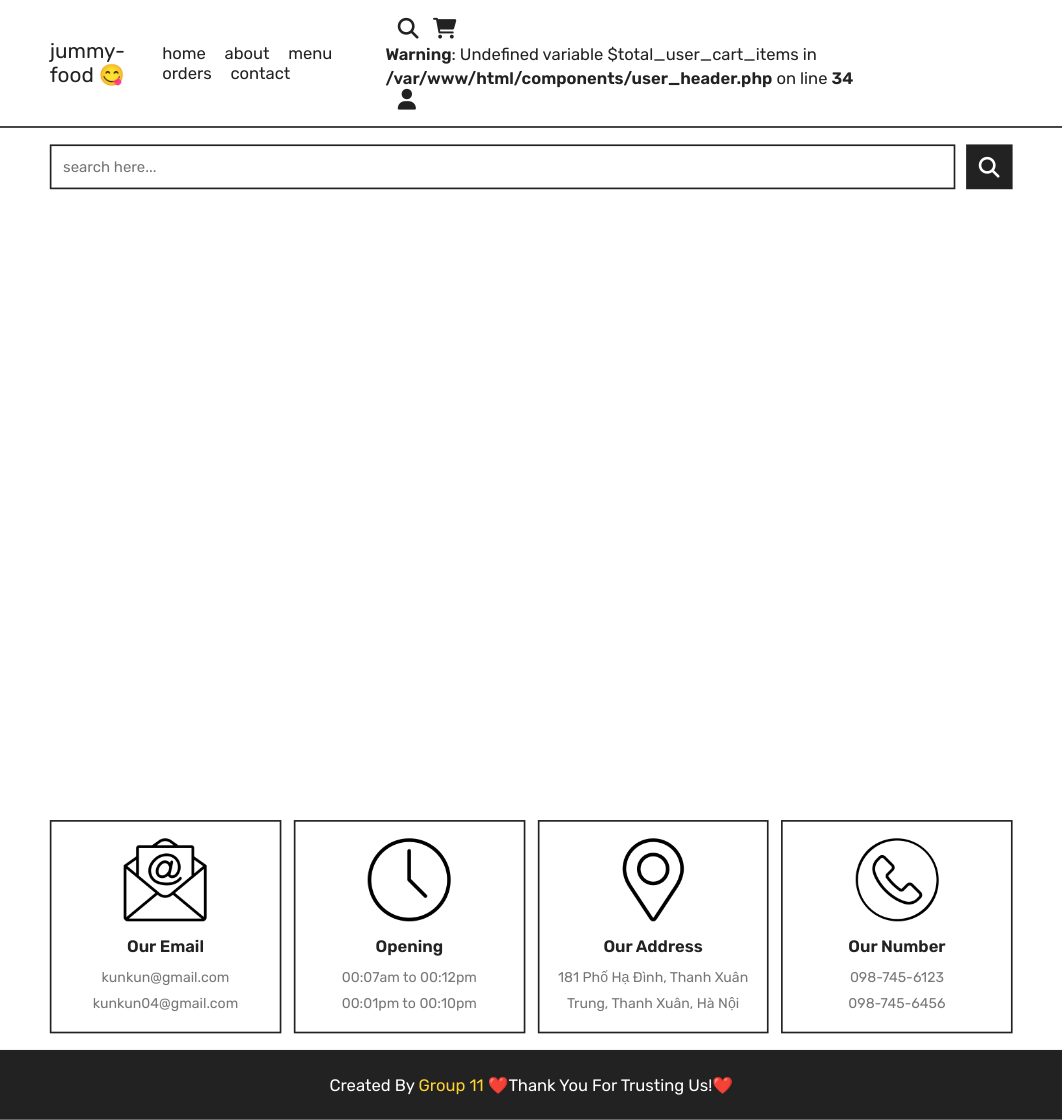
Repository: VuongLinhDinh/jummy_food
Page: http://localhost/search.php
The author's editor kept a copy of each file at every save. The page is drawn from the files as they stood at one save, then again after the next save.
The browser window is 1280 px wide. The pictures show the whole page, at 83% of full size.
Some web libraries are served in a nearby version. The page is run by PHP 8.4 with error messages shown; the project is at /var/www/html/. The database holds what the project's SQL file puts in it.

Above is the page before, as saved 2023-11-21 16:34:29.

### search.php
<?php

include 'components/connect.php';

session_start();

if(isset($_SESSION['user_id'])){
   $user_id = $_SESSION['user_id'];
}else{
   $user_id = '';
};

include 'components/add_cart.php';

?>

<!DOCTYPE html>
<html lang="en">
<head>
   <meta charset="UTF-8">
   <meta http-equiv="X-UA-Compatible" content="IE=edge">
   <meta name="viewport" content="width=device-width, initial-scale=1.0">
   <title>search page</title>

   <!-- font awesome cdn link  -->
   <link rel="stylesheet" href="https://cdnjs.cloudflare.com/ajax/libs/font-awesome/6.1.1/css/all.min.css">

   <!-- custom css file link  -->
   <link rel="stylesheet" href="css/style.css">

</head>
<body>

<!-- header section starts  -->
<?php include 'components/user_header.php'; ?>
<!-- header section ends -->

<!-- search form section starts  -->

<section class="search-form">
   <form method="post" action="">
      <input type="text" name="search_box" placeholder="search here..." class="box">
      <button type="submit" name="search_btn" class="fas fa-search"></button>
   </form>
</section>

<!-- search form section ends -->


<section class="products" style="min-height: 100vh; padding-top:0;">

<div class="box-container">

      <?php
         if(isset($_POST['search_box']) OR isset($_POST['search_btn'])){
         $search_box = $_POST['search_box'];
         $select_products = $conn->prepare("SELECT * FROM `products` WHERE name LIKE '%{$search_box}%'");
         $select_products->execute();
         if($select_products->rowCount() > 0){
            while($fetch_products = $select_products->fetch(PDO::FETCH_ASSOC)){
      ?>
      <form action="" method="post" class="box">
         <input type="hidden" name="pid" value="<?= $fetch_products['id']; ?>">
         <input type="hidden" name="name" value="<?= $fetch_products['name']; ?>">
         <input type="hidden" name="price" value="<?= $fetch_products['price']; ?>">
         <input type="hidden" name="image" value="<?= $fetch_products['image']; ?>">
         <a href="quick_view.php?pid=<?= $fetch_products['id']; ?>" class="fas fa-eye"></a>
         <button type="submit" class="fas fa-shopping-cart" name="add_to_cart"></button>
         <img src="uploaded_img/<?= $fetch_products['image']; ?>" alt="">
         <a href="category.php?category=<?= $fetch_products['category']; ?>" class="cat"><?= $fetch_products['category']; ?></a>
         <div class="name"><?= $fetch_products['name']; ?></div>
         <div class="flex">
            <div class="price"><span>$</span><?= $fetch_products['price']; ?></div>
            <input type="number" name="qty" class="qty" min="1" max="99" value="1" maxlength="2">
         </div>
      </form>
      <?php
            }
         }else{
            echo '<p class="empty">no products added yet!</p>';
         }
      }
      ?>

   </div>

</section>











<!-- footer section starts  -->
<?php include 'components/footer.php'; ?>
<!-- footer section ends -->







<!-- custom js file link  -->
<script src="js/script.js"></script>

</body>
</html>

### components/connect.php
<?php

$db_name = 'mysql:host=localhost;dbname=jummy_food';
$user_name = 'root';
$user_password = '';

$conn = new PDO($db_name, $user_name, $user_password);

?>

### components/add_cart.php
<?php

if(isset($_POST['add_to_cart'])){

   if($user_id == ''){
      header('location:login.php');
   }else{

      $pid = $_POST['pid'];
      $pid = filter_var($pid, FILTER_SANITIZE_STRING);
      $name = $_POST['name'];
      $name = filter_var($name, FILTER_SANITIZE_STRING);
      $price = $_POST['price'];
      $price = filter_var($price, FILTER_SANITIZE_STRING);
      $image = $_POST['image'];
      $image = filter_var($image, FILTER_SANITIZE_STRING);
      $qty = $_POST['qty'];
      $qty = filter_var($qty, FILTER_SANITIZE_STRING);

      $check_cart_numbers = $conn->prepare("SELECT * FROM `cart` WHERE name = ? AND user_id = ?");
      $check_cart_numbers->execute([$name, $user_id]);

      if($check_cart_numbers->rowCount() > 0){
         $message[] = 'already added to cart!';
      }else{
         $insert_cart = $conn->prepare("INSERT INTO `cart`(user_id, pid, name, price, quantity, image) VALUES(?,?,?,?,?,?)");
         $insert_cart->execute([$user_id, $pid, $name, $price, $qty, $image]);
         $message[] = 'added to cart!';

      }

   }

}

?>

### components/user_header.php
<?php
if(isset($message)) {
    foreach($message as $message) {
        echo '
        <div class="message">
            <span>'.$message.'</span>
            <i class="fas fa-times" onclick="this.parentElement.remove();"></i>
        </div>
        ';
    }
}
?>

 <!-- header section starts  -->
 <header class="header">
        <section class="flex">
            <a href="home.html" class="logo">jummy-food 😋</a>
            <nav class="navbar">
                <nav class="navbar">
                    <a href="home.html">home</a>
                    <a href="about.html">about</a>
                    <a href="menu.html">menu</a>
                    <a href="orders.html">orders</a>
                    <a href="contact.html">contact</a>
                </nav>
            </nav>
            <div class="icons">
                <?php
                     $count_cart_items = $conn->prepare("SELECT * FROM `cart` WHERE user_id = ?");
                     $count_cart_items->execute([$user_id]);
                     $total_cart_items = $count_cart_items->rowCount();
                ?>
                <a href="search.html"><i class="fas fa-search"></i></a>
                <a href="cart.html"><i class="fas fa-shopping-cart"></i><span><?= $total_user_cart_items;?></span></a>
                <div id="user-btn" class="fas fa-user"></div>
                <div id="menu-btn" class="fas fa-bars"></div>
            </div>
            <div class="profile">
                <?php
                $select_profile = $conn->prepare("SELECT * FROM `users` WHERE id = ?");
                $select_profile->execute([$user_id]);
                if($select_profile->rowCount() > 0) {
                    $fetch_profile = $select_profile->fetch(PDO::FETCH_ASSOC)
                ?>
                <p class="name"><?= $fetch_profile['name']; ?></p>
                <div class="flex">
                    <a href="profile.html" class="btn">profile</a>
                    <a href="components/user_logout.php" onclick="return confirm('logout from this website?');" class="delete-btn">logout</a>
                </div>
                <p class="account">
                    <a href="login.php">login</a> or
                    <a href="register.php">register</a>
                </p>
                <?php
                    }else {
                ?>
                <p class="name">please login first!</p>
                <a href="login.php" class="btn">login</a>
                <?php
                }
                ?>
            </div>
        </section>
    </header>
    <!-- header section end  -->

### components/footer.php
  <!-- footer section starts  -->
  <footer class="footer">
        <section class="grid">
            <div class="box">
                <img src="images/email-icon.png" alt="">
                <h3>our email</h3>
                <a href="mailto:kunkun@gmail.com">kunkun@gmail.com</a>
                <a href="mailto:kun04@gmail.com">kunkun04@gmail.com</a>
            </div>

            <div class="box">
                <img src="images/clock-icon.png" alt="">
                <h3>opening</h3>
                <p>
                    00:07am to 00:12pm
                    00:01pm to 00:10pm
                </p>
            </div>

            <div class="box">
                <img src="images/map-icon.png" alt="">
                <h3>our address</h3>
                <a href="https://www.google.com/maps/place/181+P.+H%E1%BA%A1+%C4%90%C3%ACnh,+H%E1%BA%A1+%C4%90%C3%ACnh,+Thanh+Xu%C3%A2n,+H%C3%A0+N%E1%BB%99i,+Vi%E1%BB%87t+Nam/@20.9891313,105.8056888,17z/data=!3m1!4b1!4m5!3m4!1s0x3135ac952468595f:0xd4c0347109838030!8m2!3d20.9891263!4d105.8082691?hl=vi-VN&entry=ttu">181 Phố Hạ Đình, Thanh Xuân Trung, Thanh Xuân, Hà Nội</a>
            </div>

            <div class="box">
                <img src="images/phone-icon.png" alt="">
                <h3>our number</h3>
                <a href="tel:0987456123">098-745-6123</a>
                <a href="tel:0987456456">098-745-6456</a>
            </div>
        </section>
        <div class="credit">created by <span>group 11</span> ❤️Thank you for trusting us!❤️</div>
    </footer>
    <!-- footer section end  -->
    <div class="loader">
        <img src="images/loader.gif" alt="">
    </div>

### jummy_food.sql (the tables this page reads)
CREATE TABLE `cart` (
  `id` int(100) NOT NULL,
  `user_id` int(100) NOT NULL,
  `pid` int(100) NOT NULL,
  `name` varchar(100) NOT NULL,
  `price` int(10) NOT NULL,
  `quantity` int(10) NOT NULL,
  `image` varchar(100) NOT NULL
) ENGINE=InnoDB DEFAULT CHARSET=utf8mb4 COLLATE=utf8mb4_general_ci;

INSERT INTO `cart` (`id`, `user_id`, `pid`, `name`, `price`, `quantity`, `image`) VALUES
(14, 3, 2, 'chezzy burger 01', 10, 4, 'burger-1.png'),
(24, 2, 5, 'cold drink 01', 15, 1, 'drink-1.png');

ALTER TABLE `cart`
  ADD PRIMARY KEY (`id`);

ALTER TABLE `cart`
  MODIFY `id` int(100) NOT NULL AUTO_INCREMENT, AUTO_INCREMENT=25;

CREATE TABLE `users` (
  `id` int(100) NOT NULL,
  `name` varchar(20) NOT NULL,
  `email` varchar(50) NOT NULL,
  `number` varchar(10) NOT NULL,
  `password` varchar(50) NOT NULL,
  `address` varchar(500) NOT NULL
) ENGINE=InnoDB DEFAULT CHARSET=utf8mb4 COLLATE=utf8mb4_general_ci;

INSERT INTO `users` (`id`, `name`, `email`, `number`, `password`, `address`) VALUES
(2, 'kunkun', 'linhvdph38932@fpt.edu.vn', '0971207241', '40bd001563085fc35165329ea1ff5c5ecbdbbeef', '18., lotte plaza, Thanh Xuân, lotte, Hà Nội, Nguyễn Trãi, Việt Nam - 01266'),
(3, 'Shoshana Morgan', 'qami@mailinator.com', '536', '40bd001563085fc35165329ea1ff5c5ecbdbbeef', 'Soluta ad expedita deserunt omnis eum molestias en, Voluptas magna obcaecati illo pariatur Minima tem, In eius eveniet cupiditate eum rerum dignissimos , Aliquid autem amet voluptatem labore quia error c, Do corrupti officiis nihil neque architecto facer, Non amet non quos incidunt labore nemo labore re, Minim accusamus eligendi sit quod alias error non - 286813');

ALTER TABLE `users`
  ADD PRIMARY KEY (`id`);

ALTER TABLE `users`
  MODIFY `id` int(100) NOT NULL AUTO_INCREMENT, AUTO_INCREMENT=4;

Loaded but not shown: js/script.js (21 lines, source omitted); css/style.css (1078 lines, source omitted)

After the next save:
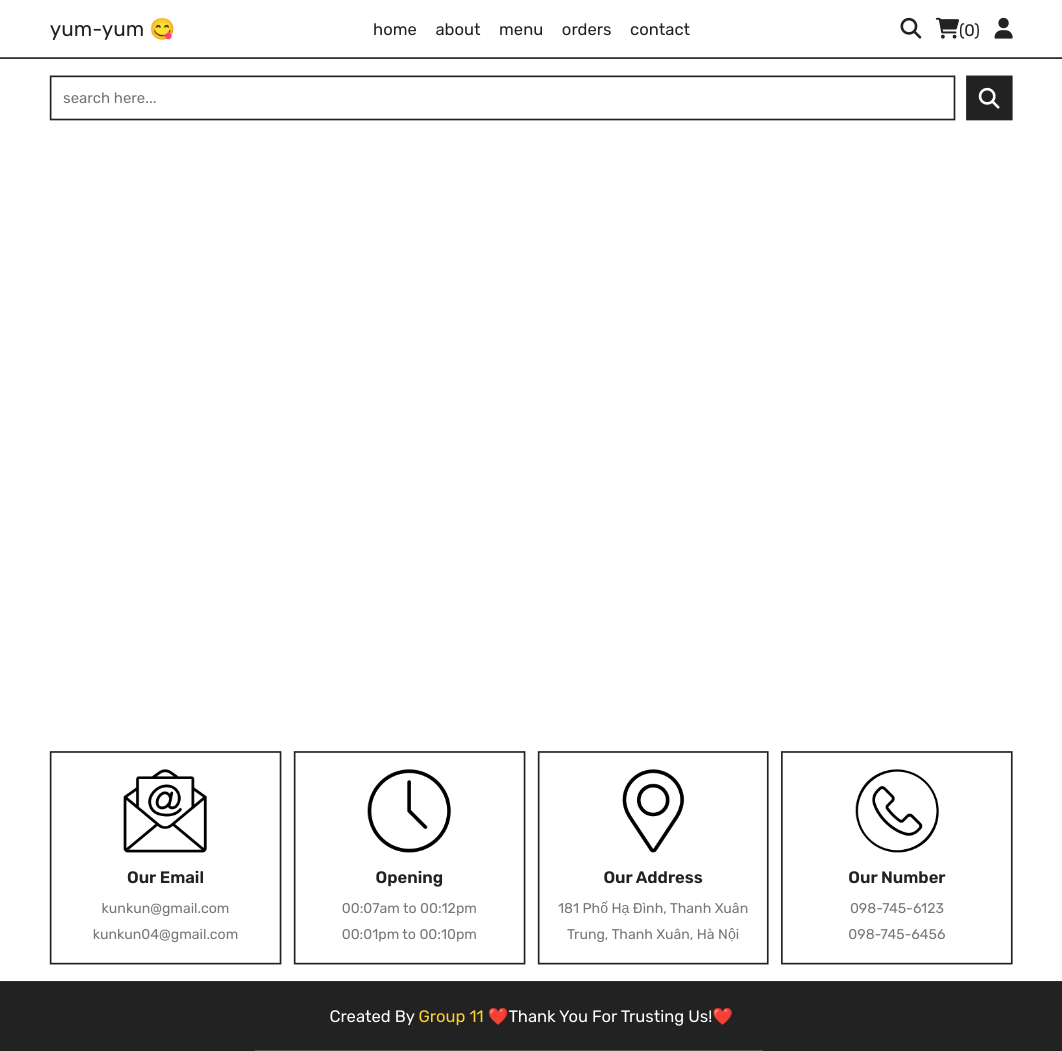
Saved 89 s later.
--- a/components/user_header.php
+++ b/components/user_header.php
@@ -1,65 +1,68 @@
 <?php
-if(isset($message)) {
-    foreach($message as $message) {
-        echo '
-        <div class="message">
-            <span>'.$message.'</span>
-            <i class="fas fa-times" onclick="this.parentElement.remove();"></i>
-        </div>
-        ';
-    }
+if(isset($message)){
+   foreach($message as $message){
+      echo '
+      <div class="message">
+         <span>'.$message.'</span>
+         <i class="fas fa-times" onclick="this.parentElement.remove();"></i>
+      </div>
+      ';
+   }
 }
 ?>
 
- <!-- header section starts  -->
- <header class="header">
-        <section class="flex">
-            <a href="home.html" class="logo">jummy-food 😋</a>
-            <nav class="navbar">
-                <nav class="navbar">
-                    <a href="home.html">home</a>
-                    <a href="about.html">about</a>
-                    <a href="menu.html">menu</a>
-                    <a href="orders.html">orders</a>
-                    <a href="contact.html">contact</a>
-                </nav>
-            </nav>
-            <div class="icons">
-                <?php
-                     $count_cart_items = $conn->prepare("SELECT * FROM `cart` WHERE user_id = ?");
-                     $count_cart_items->execute([$user_id]);
-                     $total_cart_items = $count_cart_items->rowCount();
-                ?>
-                <a href="search.html"><i class="fas fa-search"></i></a>
-                <a href="cart.html"><i class="fas fa-shopping-cart"></i><span><?= $total_user_cart_items;?></span></a>
-                <div id="user-btn" class="fas fa-user"></div>
-                <div id="menu-btn" class="fas fa-bars"></div>
-            </div>
-            <div class="profile">
-                <?php
-                $select_profile = $conn->prepare("SELECT * FROM `users` WHERE id = ?");
-                $select_profile->execute([$user_id]);
-                if($select_profile->rowCount() > 0) {
-                    $fetch_profile = $select_profile->fetch(PDO::FETCH_ASSOC)
-                ?>
-                <p class="name"><?= $fetch_profile['name']; ?></p>
-                <div class="flex">
-                    <a href="profile.html" class="btn">profile</a>
-                    <a href="components/user_logout.php" onclick="return confirm('logout from this website?');" class="delete-btn">logout</a>
-                </div>
-                <p class="account">
-                    <a href="login.php">login</a> or
-                    <a href="register.php">register</a>
-                </p>
-                <?php
-                    }else {
-                ?>
-                <p class="name">please login first!</p>
-                <a href="login.php" class="btn">login</a>
-                <?php
-                }
-                ?>
-            </div>
-        </section>
-    </header>
-    <!-- header section end  -->
+<header class="header">
+
+   <section class="flex">
+
+      <a href="home.php" class="logo">yum-yum 😋</a>
+
+      <nav class="navbar">
+         <a href="home.php">home</a>
+         <a href="about.php">about</a>
+         <a href="menu.php">menu</a>
+         <a href="orders.php">orders</a>
+         <a href="contact.php">contact</a>
+      </nav>
+
+      <div class="icons">
+         <?php
+            $count_cart_items = $conn->prepare("SELECT * FROM `cart` WHERE user_id = ?");
+            $count_cart_items->execute([$user_id]);
+            $total_cart_items = $count_cart_items->rowCount();
+         ?>
+         <a href="search.php"><i class="fas fa-search"></i></a>
+         <a href="cart.php"><i class="fas fa-shopping-cart"></i><span>(<?= $total_cart_items; ?>)</span></a>
+         <div id="user-btn" class="fas fa-user"></div>
+         <div id="menu-btn" class="fas fa-bars"></div>
+      </div>
+
+      <div class="profile">
+         <?php
+            $select_profile = $conn->prepare("SELECT * FROM `users` WHERE id = ?");
+            $select_profile->execute([$user_id]);
+            if($select_profile->rowCount() > 0){
+               $fetch_profile = $select_profile->fetch(PDO::FETCH_ASSOC);
+         ?>
+         <p class="name"><?= $fetch_profile['name']; ?></p>
+         <div class="flex">
+            <a href="profile.php" class="btn">profile</a>
+            <a href="components/user_logout.php" onclick="return confirm('logout from this website?');" class="delete-btn">logout</a>
+         </div>
+         <p class="account">
+            <a href="login.php">login</a> or
+            <a href="register.php">register</a>
+         </p>
+         <?php
+            }else{
+         ?>
+            <p class="name">please login first!</p>
+            <a href="login.php" class="btn">login</a>
+         <?php
+          }
+         ?>
+      </div>
+
+   </section>
+
+</header>
